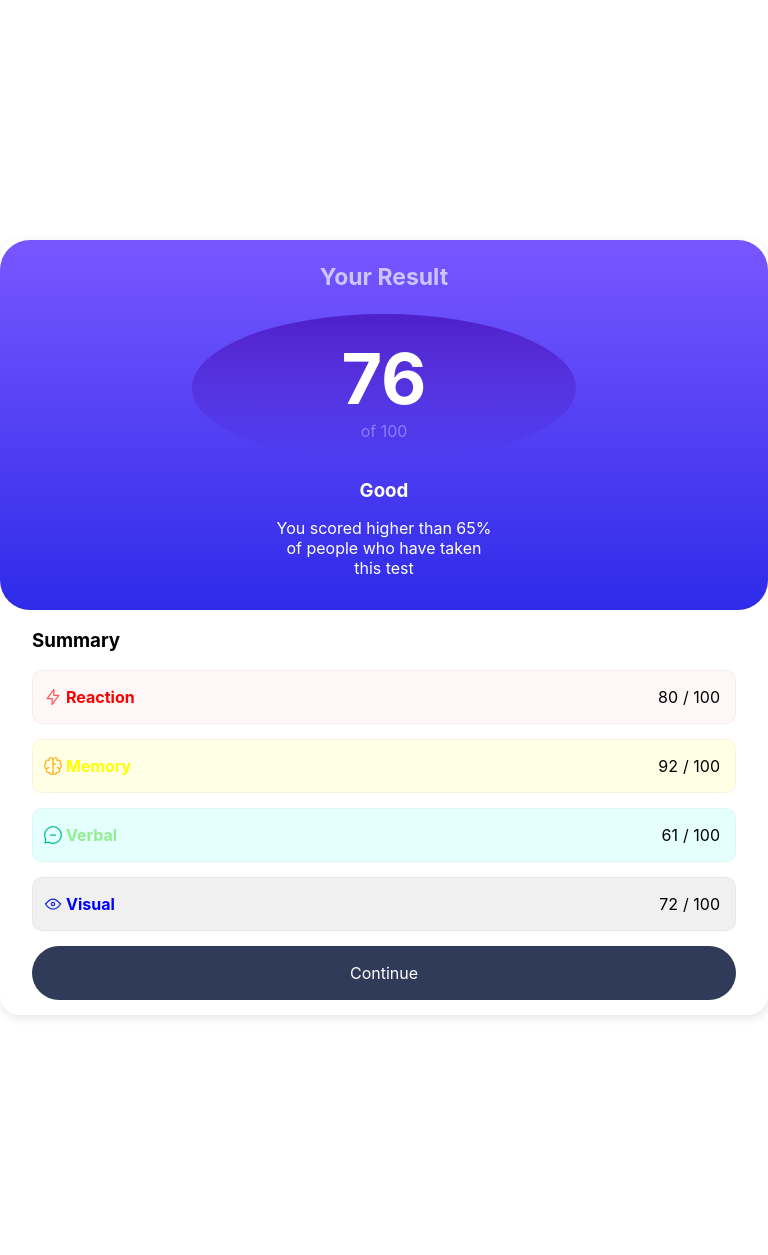
Repository: JeanPaulBassil/Result-Summary-Design
Page: /
An editor plug-in stored every save of this project. The page is shown before and after a run of saves, followed by the edit.
The browser window is 768 px wide. The pictures show the whole page.
The project was rebuilt for these pictures with package versions that can differ from the ones it lists, and the page was loaded fresh each time.

Above is the page before, as saved 2023-02-24 18:37:51.

### src/index.css
body {
  margin: 0;
  font-family: -apple-system, BlinkMacSystemFont, 'Segoe UI', 'Roboto', 'Oxygen',
    'Ubuntu', 'Cantarell', 'Fira Sans', 'Droid Sans', 'Helvetica Neue',
    sans-serif;
  -webkit-font-smoothing: antialiased;
  -moz-osx-font-smoothing: grayscale;
}

code {
  font-family: source-code-pro, Menlo, Monaco, Consolas, 'Courier New',
    monospace;
}

.app{
  width: 50vw;
  box-shadow: 1px 3px 10px rgba(0, 0, 0, .1);
  border-radius: 20px;
  display: block;
  margin: 30vh auto;
  display: grid;
  grid-template-columns: minmax(250px, 1fr) minmax(250px, 1fr);
}

@media (max-width: 1440px){
  .app {
    width: 55vw;
  }
}
@media (max-width: 1024px){
  .app {
    width: 70vw;
  }
}

@media (max-width: 840px){
  .app {
    width: 100vw;
    display: flex;
    flex-direction: column;
  }
}

### src/App.js
import Result from "./Components/Result/Result"
import Summary from "./Components/Summary/Summary"

export default function App() {
    return (
        <div className="app">
            <Result />
            <Summary />
        </div>
    )
};

### src/Components/Result/Result.js
import Description from "../Description/Description";
import Grade from "../Grade/Grade";
import data from "../../data.json";
import "./Result.css"

export default function Result() {
    const score = Math.floor(data.reduce((totalGrade, category) => totalGrade + category.score , 0) / data.length)

    return (
        <div className="result">
            <h3>Your Result</h3>
            <Grade score={score}/>
            <Description score={score}/>
        </div>
    )
};

### src/Components/Summary/Summary.js
import data from "../../data.json"
import './Summary.css'

export default function Summary() {
    const summary = data.map(part => {
        return (
            <div className={`part ${part.color}`}>
                <div>
                    <img className="icon" src={part.icon} alt={part.category}/>
                    <h4>{part.category}</h4>
                </div>
                <div className="secGrade">
                    <p>{part.score}</p>
                    <p>/ 100</p>
                </div>
            </div>
        )
    })

    return (
        <div className="summary">
            <h3>Summary</h3>
            <div>
                {summary}
            </div>
            <div className="button">
                <p>Continue</p>
            </div>
        </div>
    )
};

### src/Components/Description/Description.js
import "./Description.css"

export default function Description({score}) {
    const performance = _ => {
        if (score >= 90) return ['Excellent', `You scored higher than 85% of people who have taken this test`]
        else if (score >= 80) return ['Great', `You scored higher than 75% of people who have taken this test`]
        else if (score >= 70) return ['Good', `You scored higher than 65% of people who have taken this test`]
        else if (score >= 60) return ['Not enough', `You're above nearly half the people who have taken this test`]
        else return ['Fail', `Most people who have taken this test passed over you`]
    }

    return (
        <div className="description">
            <h3>{performance()[0]}</h3>
            <p>{performance()[1]}</p>
        </div>
    )
};

### src/Components/Grade/Grade.js
import "./Grade.css"

export default function Grade({score}) {
    return (
        <div className="grade">
            <h1>{score}</h1>
            <p>of 100</p>
        </div>
    )
};

### src/data.json


[
  {
    "category": "Reaction",
    "score": 80,
    "icon": "./assets/images/icon-reaction.svg",
    "color": "red"
  },
  {
    "category": "Memory",
    "score": 92,
    "icon": "./assets/images/icon-memory.svg",
    "color": "yellow"
  },
  {
    "category": "Verbal",
    "score": 61,
    "icon": "./assets/images/icon-verbal.svg",
    "color": "green"
  },
  {
    "category": "Visual",
    "score": 72,
    "icon": "./assets/images/icon-visual.svg",
    "color": "blue"
  }
]

### src/Components/Result/Result.css
.result {
    display: grid;
    grid-template-rows: 1fr 2fr 2fr;
    align-items: center;
    justify-items: center;
    height: 100%;
    width: 100%;
    background-image: linear-gradient(to bottom,hsl(252, 100%, 67%), hsl(241, 81%, 54%));
    border-radius: 30px;
    color: white;
}

.result > h3 {
    font-size: 23px;
    color: #cbc4ff;
}

### src/Components/Summary/Summary.css
.part {
    display: flex;
    justify-content: space-between;
    border: 1px solid rgba(0, 0, 0, .04);
    margin-bottom: 15px;
    border-radius: 10px;
    padding: 0 10px;
}

.button {
    display: flex;
    justify-content: center;
    border: 1px solid rgba(0, 0, 0, .04);
    margin-bottom: 15px;
    border-radius: 50px;
    padding: 0 10px;
    background-color: #303b59;
    color: white

}

.button:hover {
    cursor: pointer;
}

.icon {
    margin-right: 3px
}

.summary {
    padding: 0 2rem;
    display: flex;
    flex-direction: column;
    justify-content: center;
}

.summary > h3 {
    align-self: flex-start;
}

.part > div {
    display: flex;
    align-items: center;
    justify-content: center;
}

.secGrade > p {
    /* display: inline; */
    margin-right: 5px;
}

.red {
    background-color: rgba(255, 0, 0, 0.03);
}

.red > div > h4 {
    margin: 0;
    color: red;
}

.yellow {
    background-color: rgba(255, 255, 0, 0.1);
}

.yellow > div > h4 {
    margin: 0;
    color: yellow;
}

.green {
    background-color: rgba(0, 255, 255, 0.1);
}

.green > div > h4 {
    margin: 0;
    color: lightgreen;
}

.blue {
    background-color: rgba(0, 0, 0, 0.06);
}

.blue > div > h4 {
    margin: 0;
    color: blue;
}

### src/Components/Description/Description.css
.description {
    display: flex;
    flex-direction: column;
    align-items: center;
    justify-content: center;
}

.description > p{
    inline-size: 220px;
    text-align: center;
}

.description > h3 {
    margin: 0;
}

### src/Components/Grade/Grade.css
.grade {
    display: flex;
    flex-direction: column;
    justify-content: center;
    align-items: center;
    background-image: linear-gradient(to bottom, hsla(256, 72%, 46%, 1), hsla(241, 72%, 46%, 0));
    border-radius: 50%;
    inline-size: 50%;
    block-size: 100%;
}

.grade > h1 {
    margin: 0;
    font-size: 70px;
}

.grade > p {
    margin: 0;
    color: #8a7cff;
}

Loaded but not shown: public/index.html (common file); src/index.js (common file)

After the next 2 saves:
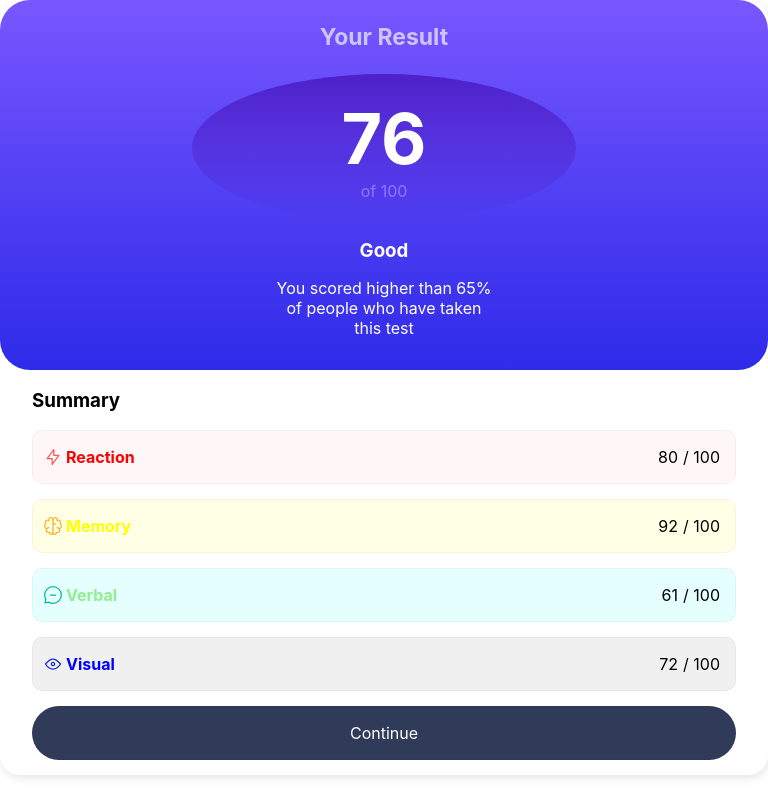
The 2 saves are shown as one change because they came seconds apart.
The last was saved 34 s later.
--- a/src/index.css
+++ b/src/index.css
@@ -38,5 +38,6 @@ code {
     width: 100vw;
     display: flex;
     flex-direction: column;
+    margin: 0 0;
   }
 }
